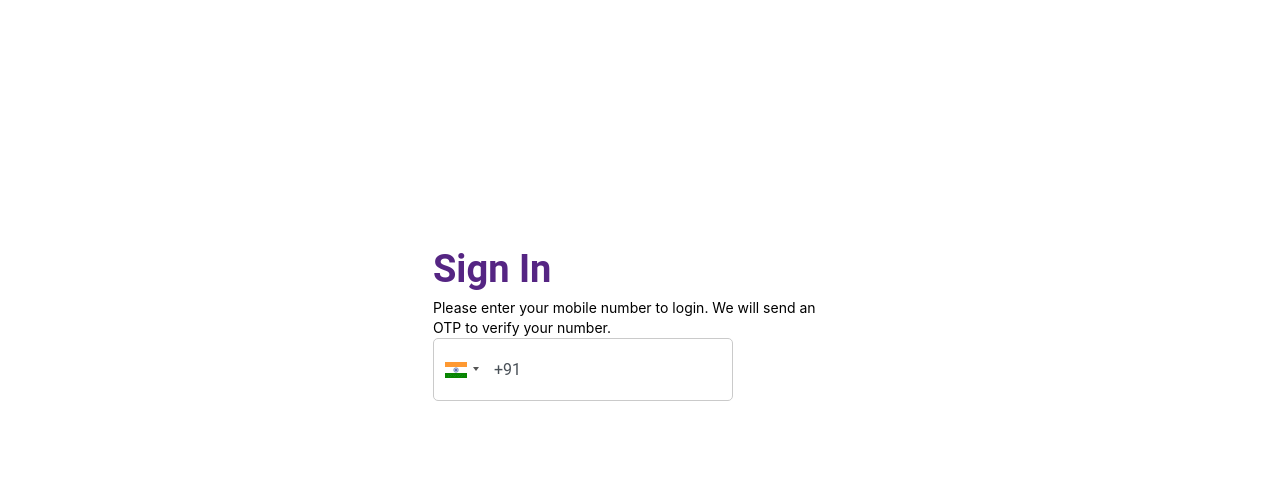
Repository: jayaprakash27/helloar-task
Page: /
The author's editor kept a copy of each file at every save. The page is drawn from the files as they stood at one save, then again after the next save.
The browser window is 1280 px wide. The pictures show the whole page.
The project was rebuilt for these pictures with package versions that can differ from the ones it lists, and the page was loaded fresh each time.

Above is the page before, as saved 2023-10-26 23:18:55.

### src/App.js
import { Login } from "./components";

function App() {
  return (
    <>
    <Login />
    </>
  );
}

export default App;

### src/components/Login.jsx
import React, { useState } from "react";
import "./login.css";
import PhoneInput from "react-phone-input-2";
import "react-phone-input-2/lib/bootstrap.css";

function Login() {
  const [phoneNumber, setPhoneNumber] = useState("");

  const handleLogin = () => {
    const apiEndpoint = "https://dev.api.goongoonalo.com/v1/auth/login";
    const requestBody = {
      phoneNumber: phoneNumber,
    };

    fetch(apiEndpoint, {
      method: "POST",
      headers: {
        "Content-Type": "application/json",
      },
      body: JSON.stringify(requestBody),
    })
      .then((response) => {
        if (response.ok) {
          return response.json();
        } else {
          // Handle API errors here
          throw new Error("Failed to send OTP");
        }
      })
      .then((data) => {
        // Handle the API response data
        console.log("OTP sent successfully:", data);

        // You can add code here to navigate to the OTP verification page or perform the next step as needed.
      })
      .catch((error) => {
        // Handle any error that occurred during the API request
        console.error("Error sending OTP:", error);
      });
  };

  return (
    <div className="login-page">
      <div className=" login-box">
        <h1 className=" text-primary-color font-semibold"> Sign In</h1>
        <p className=" text-sm">
          Please enter your mobile number to login. We will send an OTP to
          verify your number.
        </p>
        <PhoneInput
          country={"in"}
          enableSearch={true}
          value={phoneNumber}
          containerStyle={ { "width": "100%", } }
          onChange={(phoneNumber) => setPhoneNumber(phoneNumber)}
        />
      </div>
    </div>
  );
}

export default Login;

### src/components/login.css
.login-page{
    background-color: white;
    width: 100vw;
    height: 100vh;
    display: flex;
    justify-content: center;
    align-items: center;
}
.login-box {
  width: 414px;
  height: 238px;
  top: 384px;
  left: 513px;
}
.login-box h1 {
  font-family: Roboto;
  font-size: 38px;
}

### tailwind.config.js
/** @type {import('tailwindcss').Config} */
module.exports = {
  content: [
    "./src/**/*.{js,jsx,ts,tsx}",
  ],
  theme: {
    extend: {
      colors: {
        "primary-color": "#552583",
      }
    },
  },
  plugins: [],
}

Loaded but not shown: public/index.html (common file); src/index.js (common file); src/index.css (common file); src/components/index.js (common file)

After the next save:
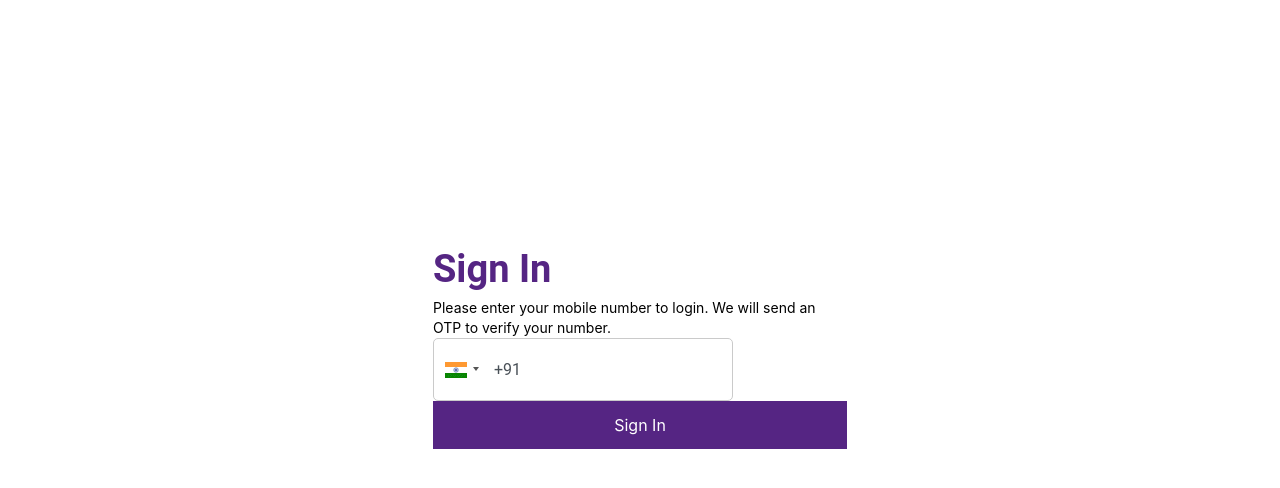
Saved 87 s later.
--- a/src/components/Login.jsx
+++ b/src/components/Login.jsx
@@ -54,6 +54,7 @@ function Login() {
           containerStyle={ { "width": "100%", } }
           onChange={(phoneNumber) => setPhoneNumber(phoneNumber)}
         />
+        <button className=" w-full p-3 bg-primary-color text-white"> Sign In </button>
       </div>
     </div>
   );
